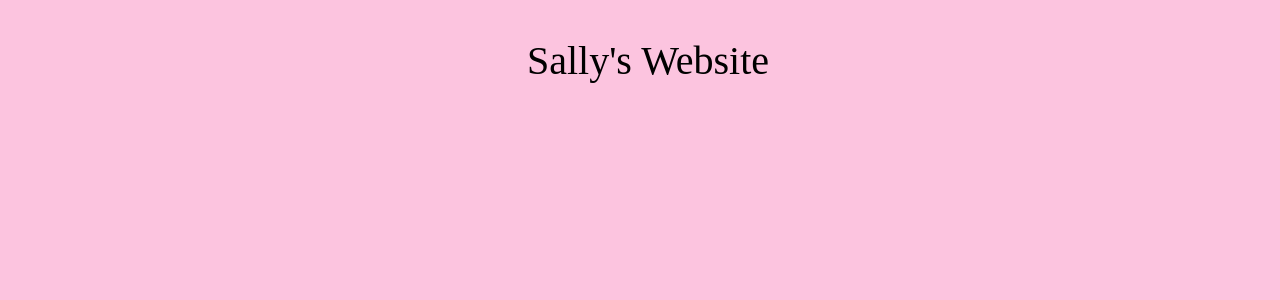
Repository: tianjiewang2022/tianjiewang2022.github.io
Page: index.html
These files come from the project's save history. The page is drawn as it stood at one moment and after the next save; the edit follows.
The browser window is 1280 px wide. The pictures show the whole page.

Above is the page before, as saved 2023-10-02 19:49:34.

After the next save:
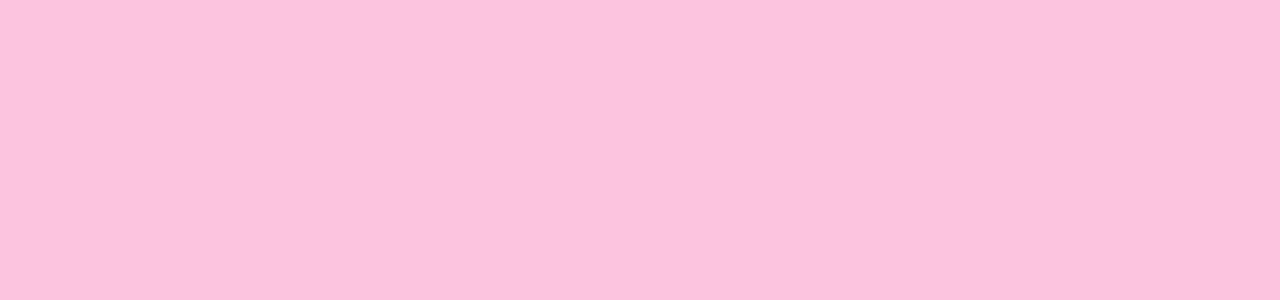
Saved 99 s later.
--- a/index.html
+++ b/index.html
@@ -13,7 +13,7 @@
 
             header,
             footer {
-                /* background-color: rgb(252, 196, 223); */
+                background-color: rgb(252, 196, 223);
                 /* Choose your header color */
                 color: rgb(0, 0, 0);
                 position: fixed;

After the save that followed:
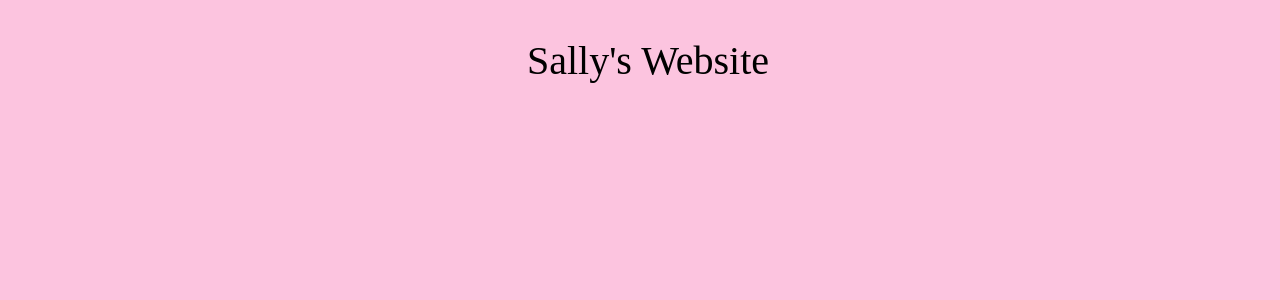
Saved 16 s later.
--- a/index.html
+++ b/index.html
@@ -11,8 +11,7 @@
                 background-color: rgb(252, 196, 223);
             }
 
-            header,
-            footer {
+            header {
                 background-color: rgb(252, 196, 223);
                 /* Choose your header color */
                 color: rgb(0, 0, 0);
